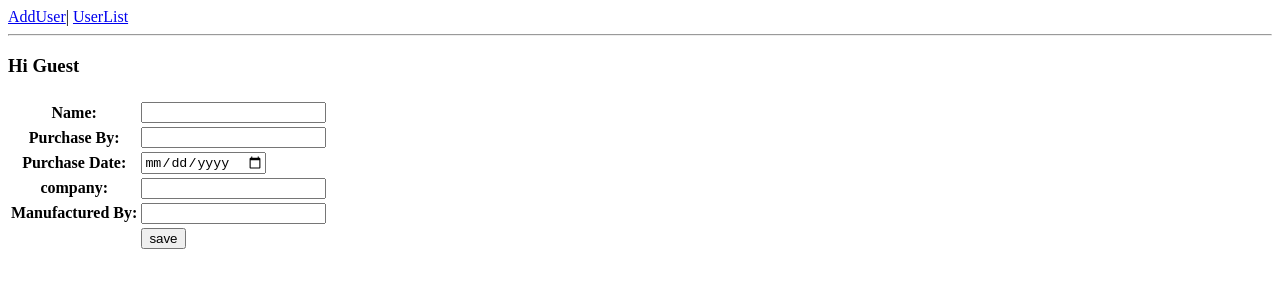
Repository: rish1208/Advance_java
Page: http://localhost/RRR/VehicleView.jsp
The author's editor kept a copy of each file at every save. The page is drawn from the files as they stood at one save, then again after the next save.
The browser window is 1280 px wide. The pictures show the whole page.
The page is served by Tomcat 9.

Above is the page before, as saved 2024-04-06 20:34:38.

After the next save:
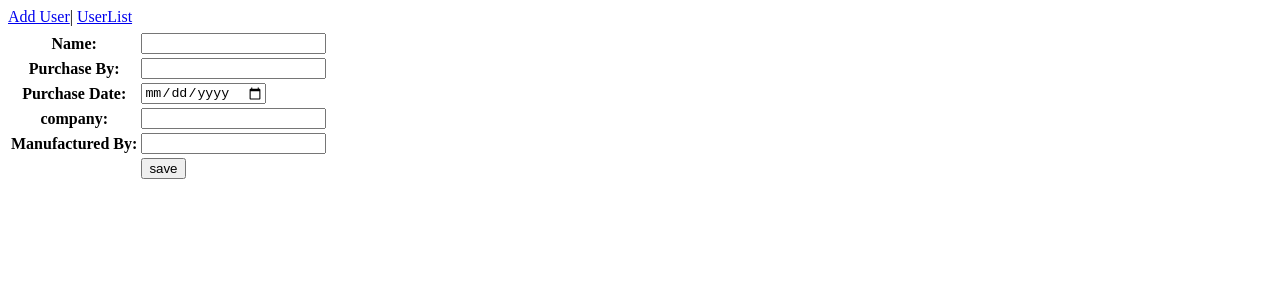
Saved 104 s later.
--- a/Advance java Workspace/RRR/WebContent/VehicleView.jsp
+++ b/Advance java Workspace/RRR/WebContent/VehicleView.jsp
@@ -13,7 +13,7 @@
 	%>
 
 
-	<%@include file="Header.jsp"%>
+	<%@include file="VehicleHeader.jsp"%>
 
 	<form action="VehicleCtl" method="post">
 
